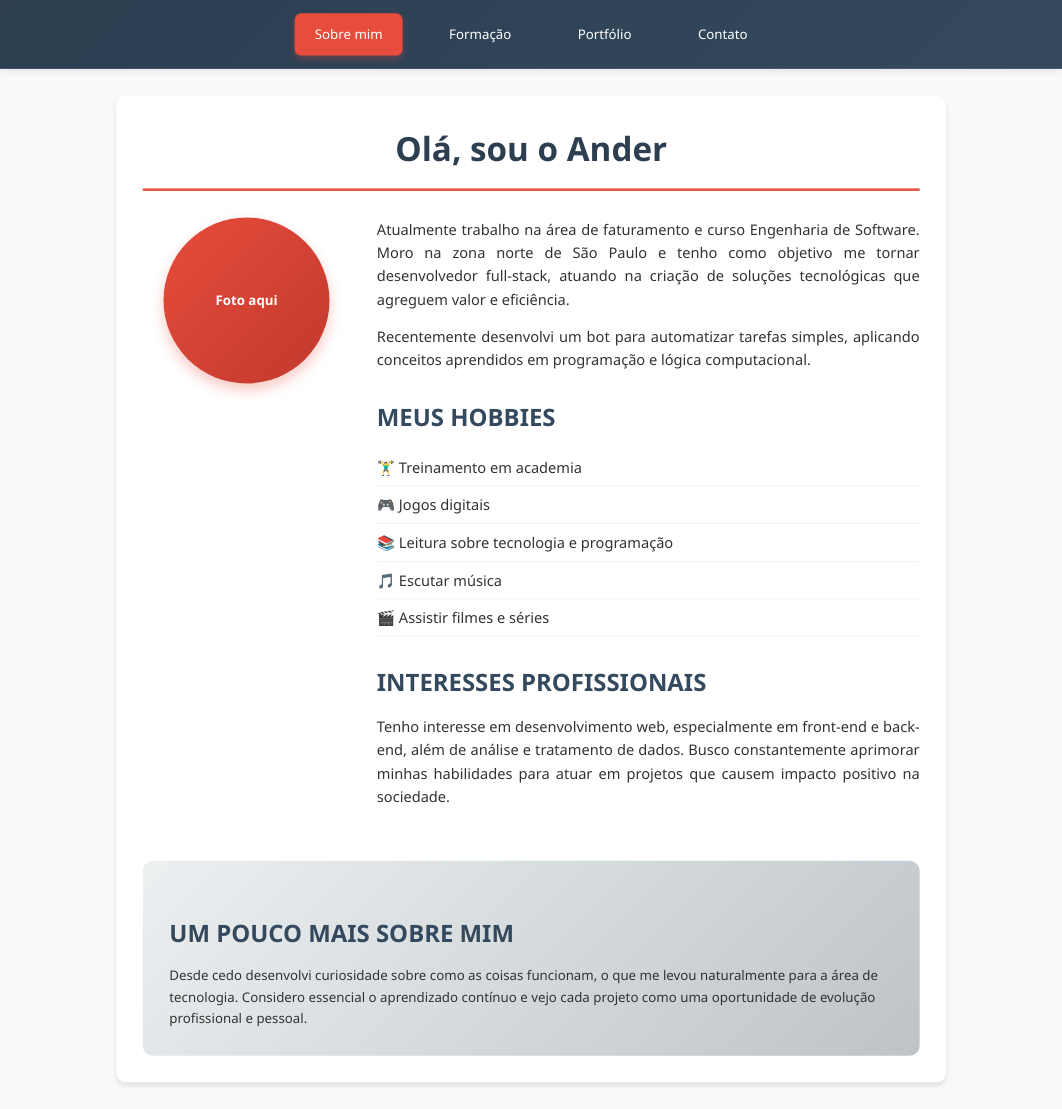
Repository: AnderHonorato/meu-portfolio
Page: index.html
An editor plug-in stored every save of this project. The page is shown before and after the next save, followed by the edit.
The browser window is 1280 px wide. The pictures show the whole page, at 83% of full size.

Above is the page before, as saved 2025-08-26 19:54:47.

### index.html
<!DOCTYPE html>
<html lang="pt-br">
<head>
    <meta charset="UTF-8">
    <meta name="viewport" content="width=device-width, initial-scale=1.0">
    <title>Anderson Honorato - Portfólio</title>
    <link rel="stylesheet" href="css/style.css">
</head>
<body>
    <!-- Menu de navegação principal -->
    <nav class="menu">
        <ul>
            <li><a href="index.html" class="ativo">Sobre mim</a></li>
            <li><a href="formacao.html">Formação</a></li>
            <li><a href="portfolio.html">Portfólio</a></li>
            <li><a href="contato.html">Contato</a></li>
        </ul>
    </nav>

<!-- CONTEÚDO PRINCIPAL DA PÁGINA -->
<main class="conteudo">
    <h1>Olá, sou o Ander</h1>

    <div class="sobre-container">
        <!-- SEÇÃO DA FOTO DE PERFIL -->
        <div class="foto-perfil">
            <div class="placeholder-foto">
                <p>Foto aqui</p>
            </div>
        </div>

        <!-- SEÇÃO DE INFORMAÇÕES PESSOAIS -->
        <div class="texto-sobre">
            <p>Atualmente trabalho na área de faturamento e curso Engenharia de Software. Moro na zona norte de São Paulo e tenho como objetivo me tornar desenvolvedor full-stack, atuando na criação de soluções tecnológicas que agreguem valor e eficiência.</p>

            <p>Recentemente desenvolvi um bot para automatizar tarefas simples, aplicando conceitos aprendidos em programação e lógica computacional.</p>

            <h2>MEUS HOBBIES</h2>
            <ul class="lista-hobbies">
                <li>🏋️‍♂️ Treinamento em academia</li>
                <li>🎮 Jogos digitais</li>
                <li>📚 Leitura sobre tecnologia e programação</li>
                <li>🎵 Escutar música</li>
                <li>🎬 Assistir filmes e séries</li>
            </ul>

            <h2>INTERESSES PROFISSIONAIS</h2>
            <p>Tenho interesse em desenvolvimento web, especialmente em front-end e back-end, além de análise e tratamento de dados. Busco constantemente aprimorar minhas habilidades para atuar em projetos que causem impacto positivo na sociedade.</p>
        </div>
    </div>

    <!-- SEÇÃO ADICIONAL DE INFORMAÇÕES -->
    <div class="info-adicional">
        <h2>UM POUCO MAIS SOBRE MIM</h2>
        <p>Desde cedo desenvolvi curiosidade sobre como as coisas funcionam, o que me levou naturalmente para a área de tecnologia. Considero essencial o aprendizado contínuo e vejo cada projeto como uma oportunidade de evolução profissional e pessoal.</p>
    </div>
</main>

</body>
</html>

### css/style.css
/* Reset básico e configurações globais */
* {
    margin: 0;
    padding: 0;
    box-sizing: border-box;
}

/* Configurações do corpo da página */
body {
    font-family: 'Segoe UI', Tahoma, Geneva, Verdana, sans-serif;
    line-height: 1.6;
    color: #333;
    background-color: #f8f9fa;
}

/* Menu de navegação - SEMPRE VISÍVEL */
.menu {
    background: linear-gradient(135deg, #2c3e50, #34495e);
    padding: 1rem 0;
    position: sticky; /* Menu fica fixo no topo ao rolar */
    top: 0;
    z-index: 1000; /* Garante que fica por cima de outros elementos */
    box-shadow: 0 2px 10px rgba(0,0,0,0.1);
}

.menu ul {
    list-style: none;
    display: flex;
    justify-content: center;
    gap: 2rem;
    max-width: 1200px;
    margin: 0 auto;
    padding: 0 1rem;
}

.menu a {
    color: white;
    text-decoration: none;
    padding: 0.8rem 1.5rem;
    border-radius: 8px;
    transition: all 0.3s ease;
    display: block;
    font-weight: 500;
}

.menu a:hover {
    background-color: rgba(255, 255, 255, 0.1);
    transform: translateY(-2px);
}

.menu a.ativo {
    background-color: #e74c3c;
    box-shadow: 0 4px 8px rgba(231, 76, 60, 0.3);
}

/* Conteúdo principal */
.conteudo {
    max-width: 1000px;
    margin: 2rem auto;
    padding: 0 1rem;
    background-color: white;
    border-radius: 12px;
    box-shadow: 0 4px 6px rgba(0,0,0,0.1);
    padding: 2rem;
}

.conteudo h1 {
    color: #2c3e50;
    margin-bottom: 1.5rem;
    text-align: center;
    font-size: 2.5rem;
    border-bottom: 3px solid #e74c3c;
    padding-bottom: 1rem;
}

.conteudo h2 {
    color: #34495e;
    margin: 2rem 0 1rem 0;
    font-size: 1.8rem;
}

/* === ESTILOS PÁGINA SOBRE MIM === */
.sobre-container {
    display: grid;
    grid-template-columns: 250px 1fr;
    gap: 2rem;
    margin-top: 2rem;
}

.foto-perfil {
    text-align: center;
}

.placeholder-foto {
    width: 200px;
    height: 200px;
    border-radius: 50%;
    background: linear-gradient(135deg, #e74c3c, #c0392b);
    display: flex;
    align-items: center;
    justify-content: center;
    color: white;
    font-weight: bold;
    margin: 0 auto;
    box-shadow: 0 8px 16px rgba(231, 76, 60, 0.3);
}

.foto-perfil img {
    width: 200px;
    height: 200px;
    border-radius: 50%;
    object-fit: cover;
    box-shadow: 0 8px 16px rgba(0,0,0,0.2);
}

.texto-sobre {
    flex: 1;
}

.texto-sobre p {
    margin-bottom: 1rem;
    text-align: justify;
    font-size: 1.1rem;
}

.lista-hobbies {
    list-style: none;
    margin: 1rem 0;
}

.lista-hobbies li {
    padding: 0.5rem 0;
    font-size: 1.1rem;
    border-bottom: 1px solid #eee;
    transition: all 0.3s ease;
}

.lista-hobbies li:hover {
    background-color: #f8f9fa;
    padding-left: 1rem;
    border-left: 4px solid #e74c3c;
}

.info-adicional {
    margin-top: 3rem;
    padding: 2rem;
    background: linear-gradient(135deg, #ecf0f1, #bdc3c7);
    border-radius: 12px;
}

/* === ESTILOS PÁGINA FORMAÇÃO === */
.formacao-secao {
    margin-bottom: 3rem;
}

.item-formacao {
    background: linear-gradient(135deg, #f8f9fa, #e9ecef);
    padding: 2rem;
    border-radius: 12px;
    margin-bottom: 1.5rem;
    border-left: 5px solid #e74c3c;
    transition: transform 0.3s ease;
}

.item-formacao:hover {
    transform: translateY(-5px);
    box-shadow: 0 8px 16px rgba(0,0,0,0.1);
}

.item-formacao h3 {
    color: #2c3e50;
    margin-bottom: 1rem;
    font-size: 1.3rem;
}

.item-formacao p {
    margin-bottom: 0.5rem;
}

.lista-idiomas {
    list-style: none;
}

.lista-idiomas li {
    padding: 1rem 0;
    border-bottom: 1px solid #ddd;
}

.lista-idiomas li:last-child {
    border-bottom: none;
}

.nivel-idioma {
    margin-top: 0.5rem;
}

.barra-progresso {
    width: 100%;
    height: 8px;
    background-color: #ecf0f1;
    border-radius: 4px;
    overflow: hidden;
    margin: 0.5rem 0;
}

.progresso {
    height: 100%;
    background: linear-gradient(90deg, #e74c3c, #c0392b);
    transition: width 0.3s ease;
}

.descricao-nivel {
    font-size: 0.9rem;
    color: #7f8c8d;
    font-style: italic;
}

.proximos-estudos ul {
    list-style: none;
    display: grid;
    grid-template-columns: repeat(auto-fit, minmax(250px, 1fr));
    gap: 1rem;
}

.proximos-estudos li {
    background-color: #fff3cd;
    padding: 1rem;
    border-radius: 8px;
    border-left: 4px solid #ffc107;
    font-weight: 500;
}

/* === ESTILOS PÁGINA PORTFÓLIO === */
.intro-portfolio {
    text-align: center;
    font-size: 1.2rem;
    margin-bottom: 2rem;
    padding: 1rem;
    background-color: #f8f9fa;
    border-radius: 8px;
    border-left: 4px solid #e74c3c;
}

.projetos-grid {
    display: grid;
    grid-template-columns: repeat(auto-fit, minmax(350px, 1fr));
    gap: 2rem;
    margin-bottom: 3rem;
}

.projeto-item {
    background: linear-gradient(135deg, #ffffff, #f8f9fa);
    padding: 2rem;
    border-radius: 12px;
    box-shadow: 0 4px 8px rgba(0,0,0,0.1);
    transition: all 0.3s ease;
    border-top: 4px solid #e74c3c;
}

.projeto-item:hover {
    transform: translateY(-8px);
    box-shadow: 0 12px 24px rgba(0,0,0,0.15);
}

.projeto-item h3 {
    color: #2c3e50;
    margin-bottom: 1rem;
    font-size: 1.4rem;
}

.tags-projeto {
    margin-bottom: 1rem;
}

.tag {
    display: inline-block;
    background: linear-gradient(135deg, #e74c3c, #c0392b);
    color: white;
    padding: 0.3rem 0.8rem;
    border-radius: 20px;
    font-size: 0.8rem;
    margin-right: 0.5rem;
    font-weight: 500;
}

.projeto-detalhes {
    margin: 1rem 0;
    padding: 1rem;
    background-color: #f8f9fa;
    border-radius: 8px;
}

.projeto-detalhes p {
    margin-bottom: 0.5rem;
    font-size: 0.9rem;
}

.btn-projeto {
    display: inline-block;
    background: linear-gradient(135deg, #3498db, #2980b9);
    color: white;
    padding: 0.8rem 1.5rem;
    text-decoration: none;
    border-radius: 8px;
    transition: all 0.3s ease;
    font-weight: 500;
}

.btn-projeto:hover {
    transform: translateY(-2px);
    box-shadow: 0 4px 8px rgba(52, 152, 219, 0.3);
}

/* Habilidades técnicas */
.habilidades-secao {
    margin-top: 3rem;
    padding: 2rem;
    background: linear-gradient(135deg, #ecf0f1, #bdc3c7);
    border-radius: 12px;
}

.habilidades-grid {
    display: grid;
    grid-template-columns: repeat(auto-fit, minmax(250px, 1fr));
    gap: 1.5rem;
    margin-top: 1rem;
}

.habilidade-item {
    background-color: white;
    padding: 1.5rem;
    border-radius: 8px;
    box-shadow: 0 2px 4px rgba(0,0,0,0.1);
}

.habilidade-item h4 {
    color: #2c3e50;
    margin-bottom: 1rem;
    font-size: 1.1rem;
}

.nivel-habilidade {
    display: flex;
    align-items: center;
    gap: 1rem;
}

.barra-habilidade {
    flex: 1;
    height: 8px;
    background-color: #ecf0f1;
    border-radius: 4px;
    overflow: hidden;
}

.progresso-habilidade {
    height: 100%;
    background: linear-gradient(90deg, #27ae60, #2ecc71);
    transition: width 0.3s ease;
}

.estudos-atuais {
    margin-top: 2rem;
    padding: 2rem;
    background-color: #e8f5e8;
    border-radius: 12px;
    border-left: 5px solid #27ae60;
}

.lista-estudos {
    list-style: none;
    display: grid;
    grid-template-columns: repeat(auto-fit, minmax(300px, 1fr));
    gap: 1rem;
}

.lista-estudos li {
    padding: 1rem;
    background-color: white;
    border-radius: 8px;
    box-shadow: 0 2px 4px rgba(0,0,0,0.1);
    transition: transform 0.3s ease;
}

.lista-estudos li:hover {
    transform: translateX(10px);
}

/* === ESTILOS PÁGINA CONTATO === */
.intro-contato {
    text-align: center;
    font-size: 1.2rem;
    margin-bottom: 2rem;
    padding: 1rem;
    background: linear-gradient(135deg, #d4edda, #c3e6cb);
    border-radius: 8px;
    border-left: 4px solid #28a745;
}

.contato-container {
    display: grid;
    grid-template-columns: 2fr 1fr;
    gap: 3rem;
    margin-top: 2rem;
}

.formulario-contato {
    background-color: #f8f9fa;
    padding: 2rem;
    border-radius: 12px;
    box-shadow: 0 4px 8px rgba(0,0,0,0.1);
}

.formulario-contato h2 {
    color: #2c3e50;
    margin-bottom: 1.5rem;
    text-align: center;
}

.form-contato {
    display: flex;
    flex-direction: column;
    gap: 1.5rem;
}

.campo {
    display: flex;
    flex-direction: column;
}

.campo.checkbox {
    flex-direction: row;
    align-items: center;
    gap: 0.5rem;
}

.campo.checkbox input {
    width: auto;
}

.campo label {
    margin-bottom: 0.5rem;
    font-weight: 600;
    color: #2c3e50;
}

.campo input,
.campo textarea,
.campo select {
    padding: 0.8rem;
    border: 2px solid #ddd;
    border-radius: 8px;
    font-size: 1rem;
    transition: border-color 0.3s ease;
    font-family: inherit;
}

.campo input:focus,
.campo textarea:focus,
.campo select:focus {
    outline: none;
    border-color: #e74c3c;
    box-shadow: 0 0 0 3px rgba(231, 76, 60, 0.1);
}

.btn-enviar {
    background: linear-gradient(135deg, #e74c3c, #c0392b);
    color: white;
    padding: 1rem 2rem;
    border: none;
    border-radius: 8px;
    cursor: pointer;
    font-size: 1.1rem;
    font-weight: 600;
    transition: all 0.3s ease;
}

.btn-enviar:hover {
    transform: translateY(-2px);
    box-shadow: 0 4px 8px rgba(231, 76, 60, 0.3);
}

.mensagem-retorno {
    margin-top: 1rem;
    padding: 1rem;
    background-color: #d4edda;
    border: 1px solid #c3e6cb;
    border-radius: 8px;
    color: #155724;
    text-align: center;
    font-weight: 500;
}

/* Informações de contato */
.info-contato {
    background-color: white;
    padding: 2rem;
    border-radius: 12px;
    box-shadow: 0 4px 8px rgba(0,0,0,0.1);
    height: fit-content;
}

.info-contato h2 {
    color: #2c3e50;
    margin-bottom: 1.5rem;
    text-align: center;
}

.contato-item {
    margin-bottom: 2rem;
    padding: 1rem;
    background-color: #f8f9fa;
    border-radius: 8px;
    border-left: 4px solid #3498db;
}

.contato-item h3 {
    color: #2c3e50;
    margin-bottom: 0.5rem;
    font-size: 1.1rem;
}

.contato-item p {
    font-weight: 600;
    color: #34495e;
    margin-bottom: 0.3rem;
}

.contato-item small {
    color: #7f8c8d;
    font-style: italic;
}

.disponibilidade {
    padding: 1rem;
    background: linear-gradient(135deg, #fff3cd, #ffeaa7);
    border-radius: 8px;
    border-left: 4px solid #ffc107;
}

.disponibilidade h3 {
    color: #2c3e50;
    margin-bottom: 1rem;
}

.disponibilidade ul {
    list-style: none;
}

.disponibilidade li {
    padding: 0.3rem 0;
    color: #856404;
}

/* Dicas de contato */
.dicas-contato {
    margin-top: 3rem;
    padding: 2rem;
    background: linear-gradient(135deg, #e8f4fd, #d1ecf1);
    border-radius: 12px;
}

.dicas-grid {
    display: grid;
    grid-template-columns: repeat(auto-fit, minmax(250px, 1fr));
    gap: 1.5rem;
    margin-top: 1rem;
}

.dica-item {
    background-color: white;
    padding: 1.5rem;
    border-radius: 8px;
    box-shadow: 0 2px 4px rgba(0,0,0,0.1);
    transition: transform 0.3s ease;
}

.dica-item:hover {
    transform: translateY(-5px);
}

.dica-item h4 {
    color: #2c3e50;
    margin-bottom: 1rem;
}

.dica-item p {
    color: #34495e;
    font-size: 0.9rem;
}

/* === RESPONSIVIDADE === */
@media (max-width: 768px) {
    /* Menu responsivo */
    .menu ul {
        flex-wrap: wrap;
        gap: 0.5rem;
        justify-content: center;
    }

    .menu a {
        padding: 0.6rem 1rem;
        font-size: 0.9rem;
    }

    /* Conteúdo */
    .conteudo {
        margin: 1rem;
        padding: 1.5rem;
    }

    .conteudo h1 {
        font-size: 2rem;
    }

    /* Sobre mim responsivo */
    .sobre-container {
        grid-template-columns: 1fr;
        text-align: center;
        gap: 1.5rem;
    }

    /* Formação responsiva */
    .item-formacao {
        padding: 1.5rem;
    }

    /* Portfólio responsivo */
    .projetos-grid {
        grid-template-columns: 1fr;
        gap: 1.5rem;
    }

    .habilidades-grid {
        grid-template-columns: 1fr;
    }

    /* Contato responsivo */
    .contato-container {
        grid-template-columns: 1fr;
        gap: 2rem;
    }

    .dicas-grid {
        grid-template-columns: 1fr;
    }
}

@media (max-width: 480px) {
    .conteudo {
        padding: 1rem;
    }

    .conteudo h1 {
        font-size: 1.8rem;
    }

    .menu ul {
        flex-direction: column;
        gap: 0.3rem;
    }

    .projeto-item,
    .item-formacao,
    .formulario-contato {
        padding: 1rem;
    }
}

/* Animações e efeitos especiais */
@keyframes slideInUp {
    from {
        opacity: 0;
        transform: translateY(30px);
    }
    to {
        opacity: 1;
        transform: translateY(0);
    }
}

.conteudo {
    animation: slideInUp 0.6s ease-out;
}

/* Scroll suave */
html {
    scroll-behavior: smooth;
}

After the next save:
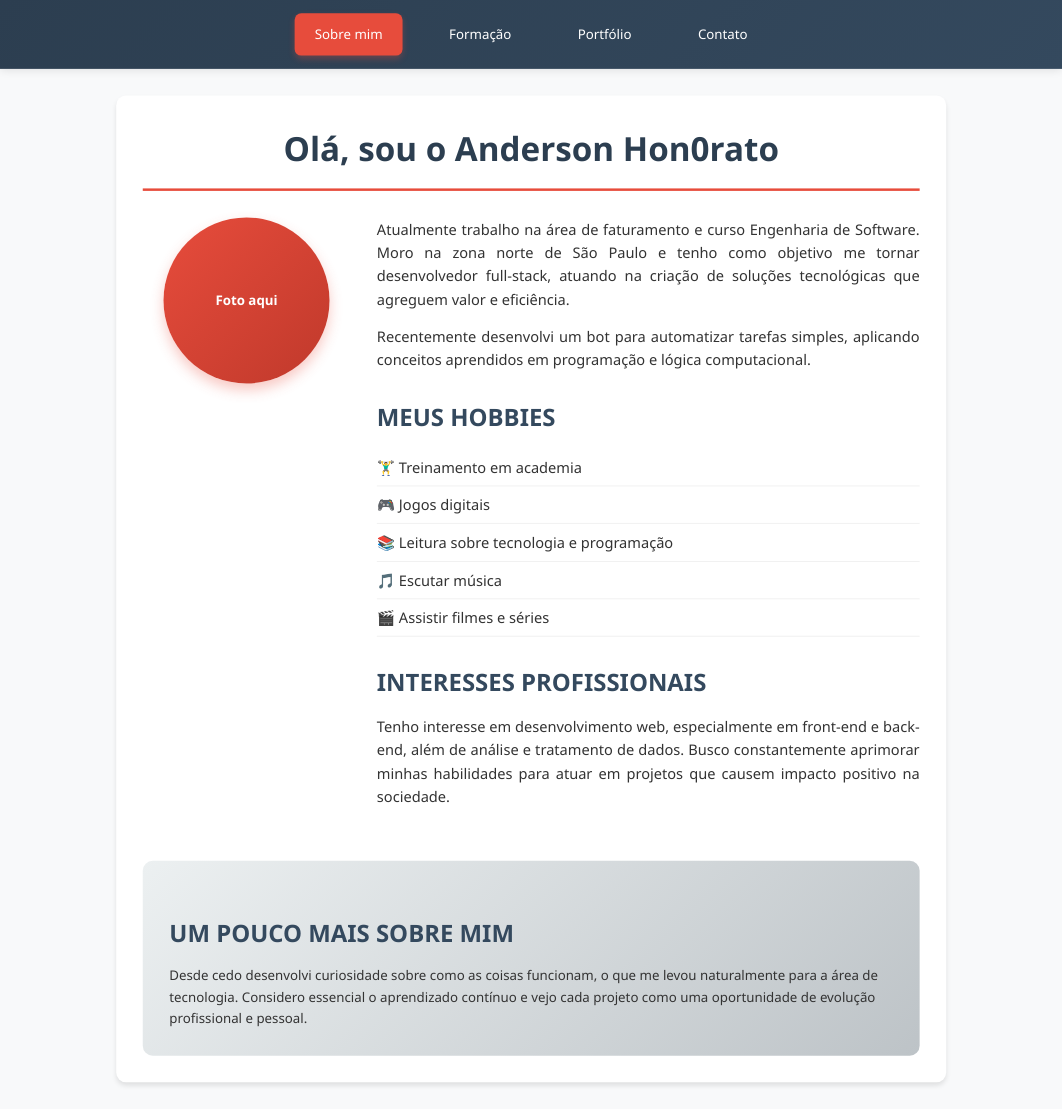
Saved 10 s later.
--- a/index.html
+++ b/index.html
@@ -19,7 +19,7 @@
 
 <!-- CONTEÚDO PRINCIPAL DA PÁGINA -->
 <main class="conteudo">
-    <h1>Olá, sou o Ander</h1>
+    <h1>Olá, sou o Anderson Hon0rato</h1>
 
     <div class="sobre-container">
         <!-- SEÇÃO DA FOTO DE PERFIL -->
